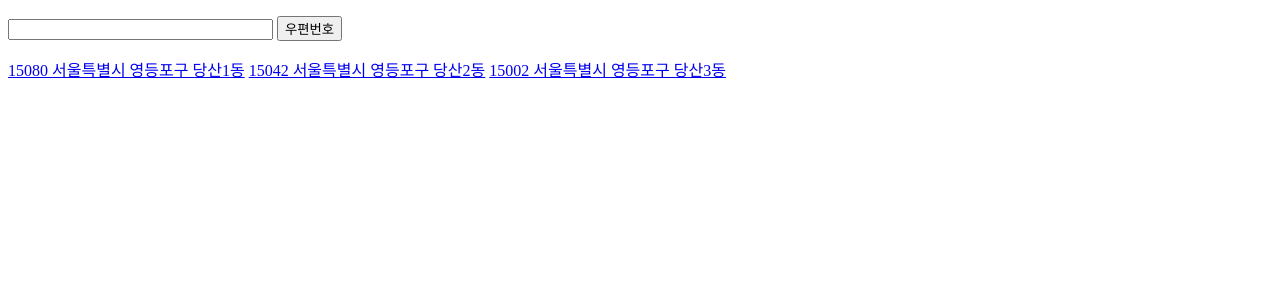
Repository: seoulsudal/Web
Page: http://localhost/personal/template/zipcode.jsp
The author's editor kept a copy of each file at every save. The page is drawn from the files as they stood at one save, then again after the next save.
The browser window is 1280 px wide. The pictures show the whole page.
The page is served by Tomcat 9.

Above is the page before, as saved 2021-10-26 10:51:04.
Console error (its wording comes from the project's code and is left out).

After the next save:
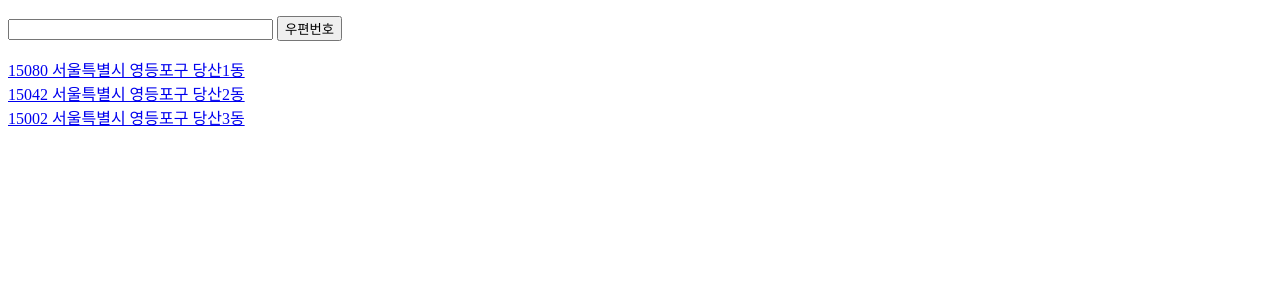
Saved 50 s later.
--- a/personal/src/main/webapp/template/zipcode.jsp
+++ b/personal/src/main/webapp/template/zipcode.jsp
@@ -18,9 +18,9 @@
 		<input type="text" name="zipcode" size="30">
 		<input type="button" value="우편번호" onclick="#">
 	</p>
-	<a href="javascript:filladd('15080','서울특별시 영등포구 당산1동')">15080 서울특별시 영등포구 당산1동</a>
-	<a href="javascript:filladd('15042','서울특별시 영등포구 당산2동')">15042 서울특별시 영등포구 당산2동</a>
-	<a href="javascript:filladd('15002','서울특별시 영등포구 당산3동')">15002 서울특별시 영등포구 당산3동</a>
+	<a href="javascript:filladd('15080','서울특별시 영등포구 당산1동')">15080 서울특별시 영등포구 당산1동</a><br>
+	<a href="javascript:filladd('15042','서울특별시 영등포구 당산2동')">15042 서울특별시 영등포구 당산2동</a><br>
+	<a href="javascript:filladd('15002','서울특별시 영등포구 당산3동')">15002 서울특별시 영등포구 당산3동</a><br>
 	<br>
 </body>
 </html>
